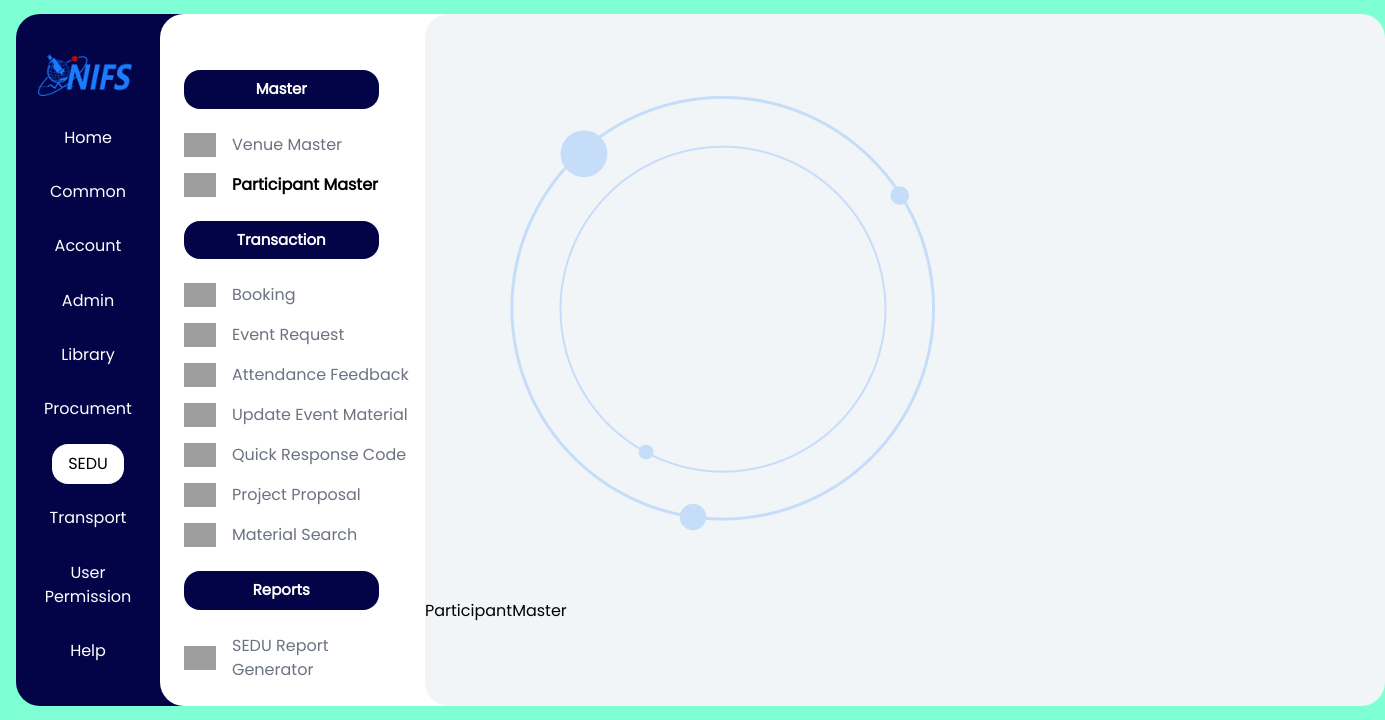
Repository: virangaj/NIFS-WebApp
Page: /sedu/participant-master (app in client/)
The author's editor kept a copy of each file at every save. The page is drawn from the files as they stood at one save, then again after the next save.
The browser window is 1280 px wide. The page is 1385 px wide, so the pictures cover 1385 px, including what lies to the right of the window. The pictures show the whole page.
Pictures or frames that could not be fetched are drawn as grey boxes. The project was rebuilt for these pictures with package versions that can differ from the ones it lists, and the page was loaded fresh each time. Also part of the build but not shown: client/src/pages/Login.tsx, client/src/pages/Home.tsx, client/src/components/Transport/shared/TransportNavbar.js, client/src/pages/TransportMainPage.tsx, client/src/pages/CommonMainPage.tsx, client/src/pages/AccountMainPage.tsx, client/src/pages/AdminMainPage.tsx, client/src/pages/LibraryMainPage.js and 14 more.

Above is the page before, as saved 2022-07-31 00:21:43.

After the next save:
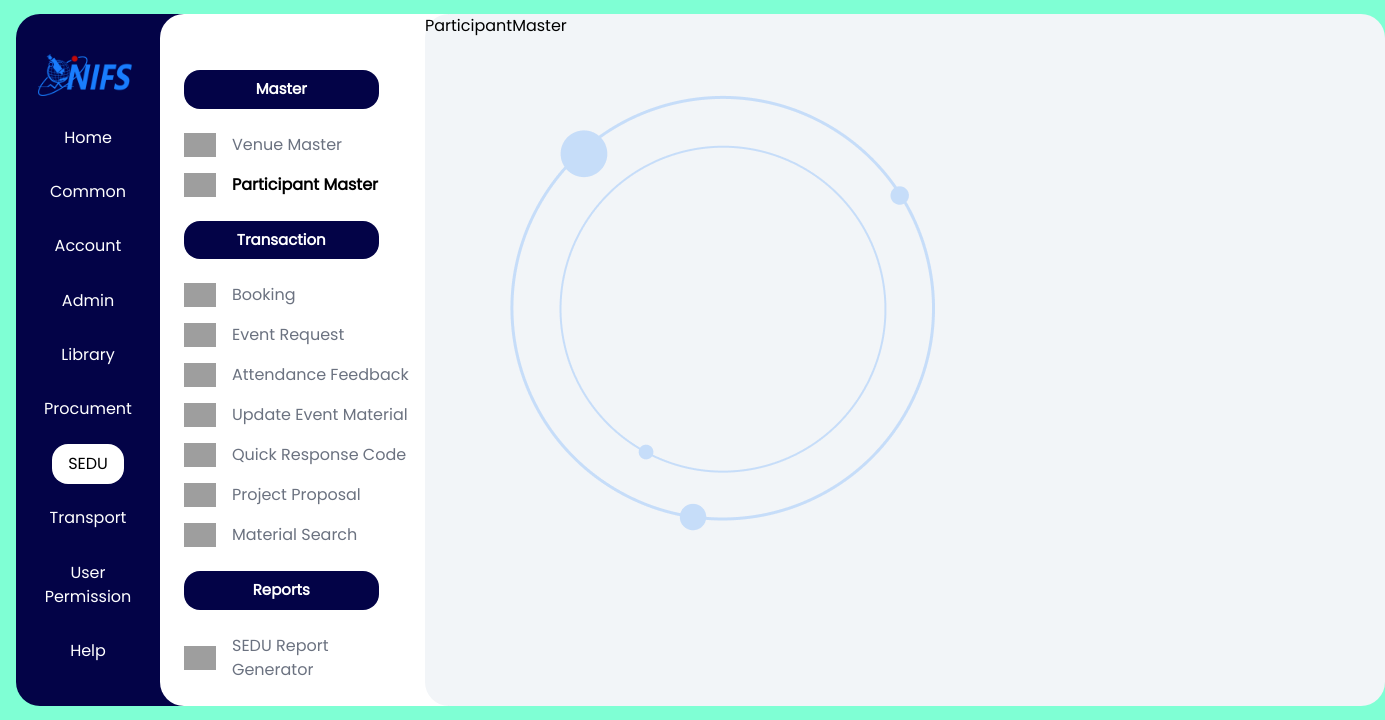
Saved 26 s later.
--- a/client/src/pages/SeduMainPage.tsx
+++ b/client/src/pages/SeduMainPage.tsx
@@ -35,7 +35,9 @@ function SeduMainPage() {
 				<VerticalSecondaryNavbar pages={Pages} />
 			</div>
 			<div className='absolute left-[425px] top-[2vh] bg-body-content-bg w-[75vw] h-[96vh] rounded-3xl'>
-				<img src={Dots} alt="Dots" />
+				<div className='absolute'>
+					<img src={Dots} alt="Dots" />
+				</div>
 				<Routes>
 					<Route path="/venue-master" element={<VenueMaster />} />
 					<Route path="/participant-master" element={<ParticipantMaster />} />
